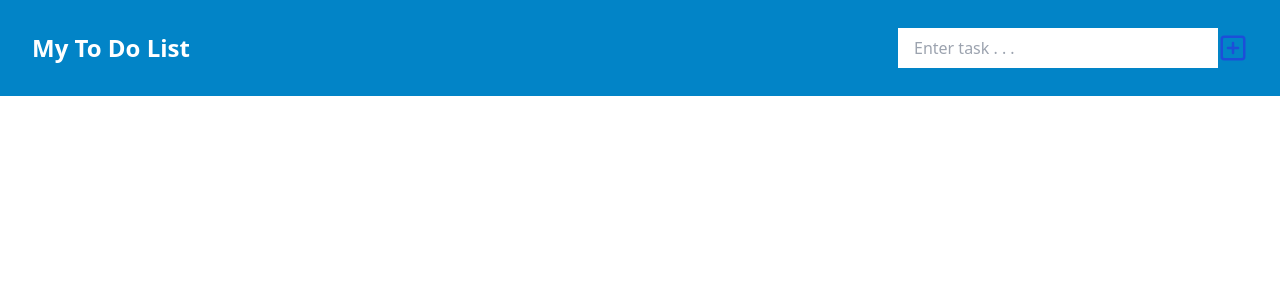
Repository: SaadYasin/react-to-do-list
Page: /
These files come from the project's save history. The page is drawn as it stood at one moment and after the next save; the edit follows.
The browser window is 1280 px wide. The pictures show the whole page.
The project was rebuilt for these pictures with package versions that can differ from the ones it lists, and the page was loaded fresh each time. Also part of the build but not shown: src/App.css.

Above is the page before, as saved 2022-11-09 15:41:39.

After the next save:
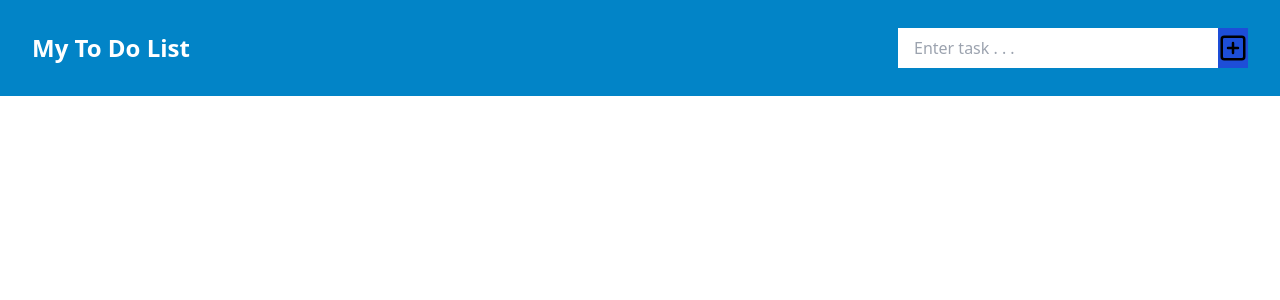
Saved 37 s later.
--- a/src/components/Input.js
+++ b/src/components/Input.js
@@ -6,7 +6,7 @@ const Input = () => {
     <div>
       <form className="flex h-10 ">
         <input type="text" placeholder='Enter task . . .' className='px-4 w-80'/>
-        <button className="text-3xl text-blue-700" type='submit'><FiPlusSquare /></button>
+        <button className="text-3xl bg-blue-700" type='submit'><FiPlusSquare /></button>
       </form>
     </div>
   )
